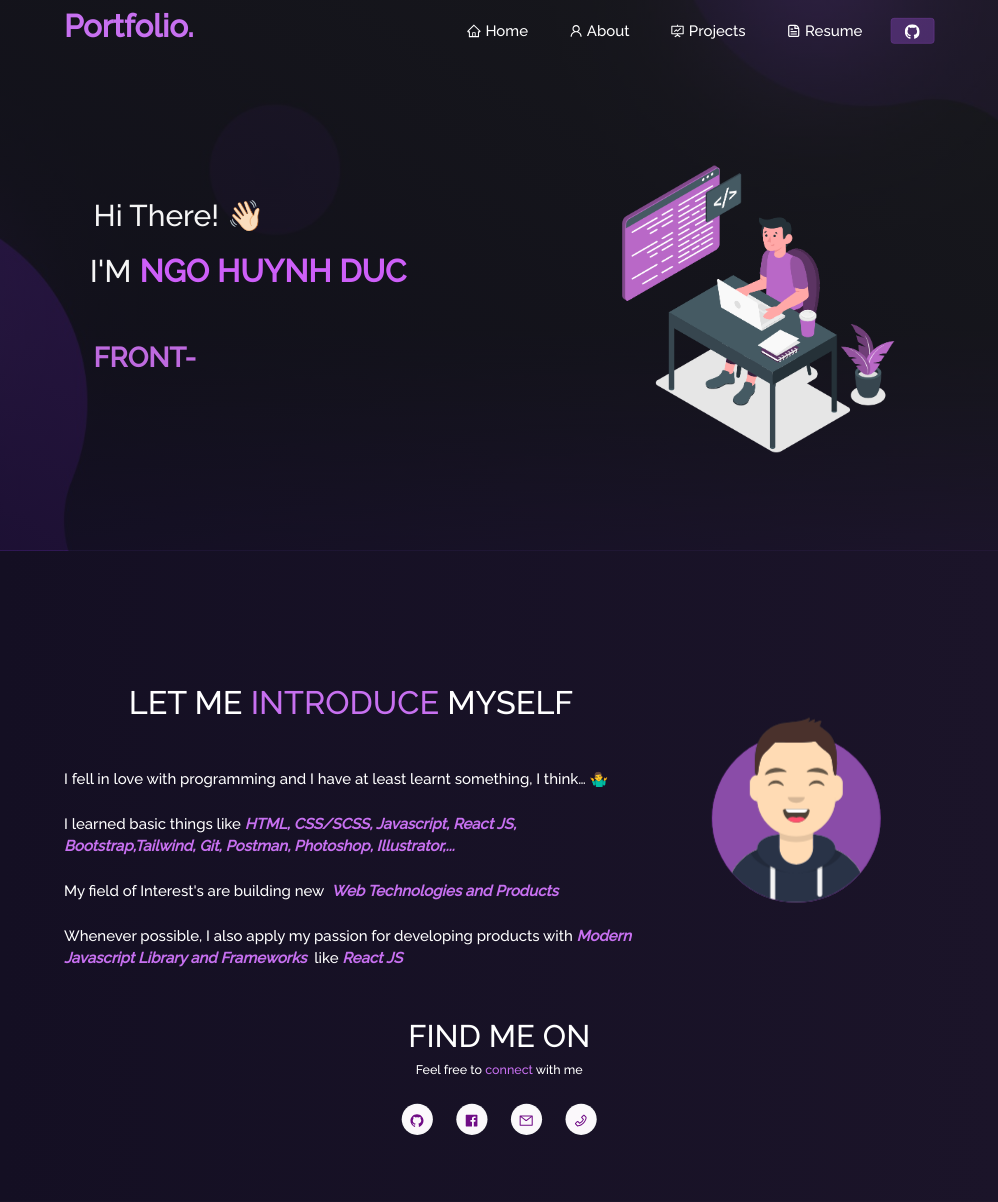
Repository: ngohuynhducdev/Portfolio
Page: /
An editor plug-in stored every save of this project. The page is shown before and after the next save, followed by the edit.
The browser window is 1280 px wide. The pictures show the whole page, at 78% of full size.
The project was rebuilt for these pictures with package versions that can differ from the ones it lists, and the page was loaded fresh each time. Also part of the build but not shown: src/components/About/Techstack.js, src/components/About/AboutCard.js, src/components/About/Toolstack.js, src/components/About/About.js, src/components/Projects/ProjectCards.js, src/components/Projects/Projects.js, src/components/Resume/ResumeNew.js. Imported but missing from the stored project, and not drawn on this page: src/Assets/CV_Ngo-Huynh-Duc_Front-End-Developer.pdf.

Above is the page before, as saved 2022-04-18 01:16:52.

After the next save:
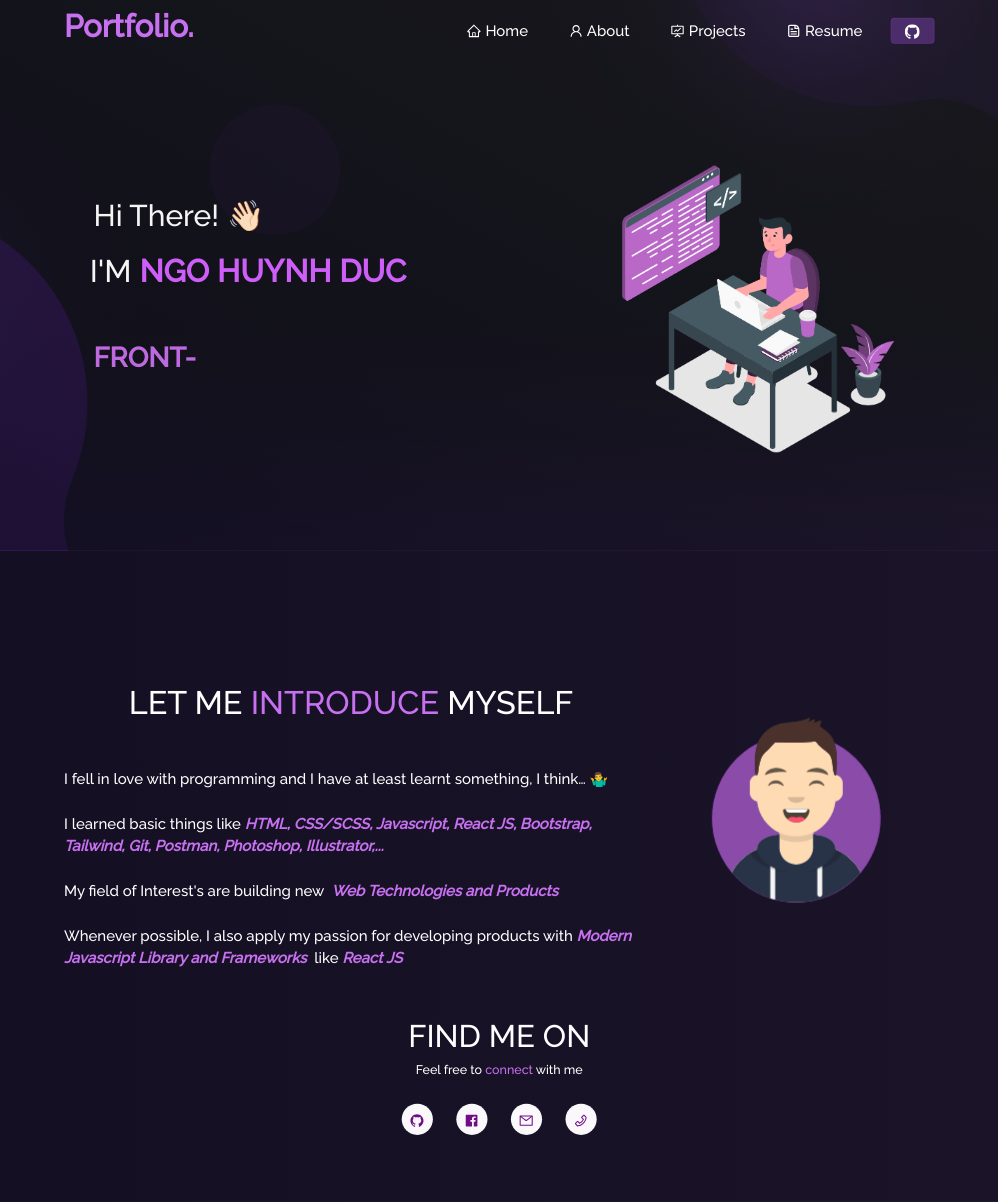
Saved 19 s later.
--- a/src/components/Home/Home2.js
+++ b/src/components/Home/Home2.js
@@ -27,8 +27,8 @@
               <i>
                 <b className="purple">
                   {" "}
-                  HTML, CSS/SCSS, Javascript, React JS, Bootstrap,Tailwind, Git,
-                  Postman, Photoshop, Illustrator,...{" "}
+                  HTML, CSS/SCSS, Javascript, React JS, Bootstrap, Tailwind,
+                  Git, Postman, Photoshop, Illustrator,...{" "}
                 </b>
               </i>
               <br />
